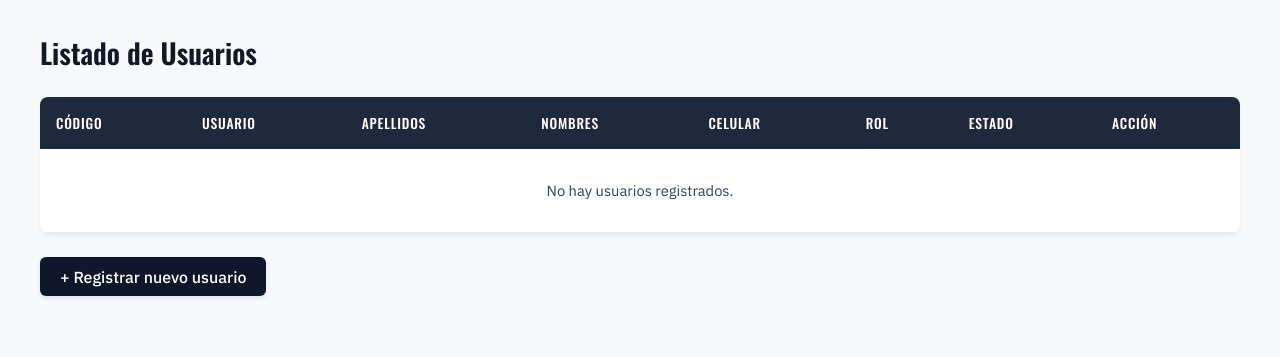
Repository: Santiago1748/ProyectoTallerAutos
Page: http://localhost/TallerMecanico/listUsuarios.jsp
An editor plug-in stored every save of this project. The page is shown before and after a run of saves, followed by the edit.
The browser window is 1280 px wide. The pictures show the whole page.
The page is served by Tomcat 9. The template is opened directly, without the code that normally fills it, so the values that code supplies are empty.

Above is the page before, as saved 2026-08-04 23:27:10.

After the next 2 saves:
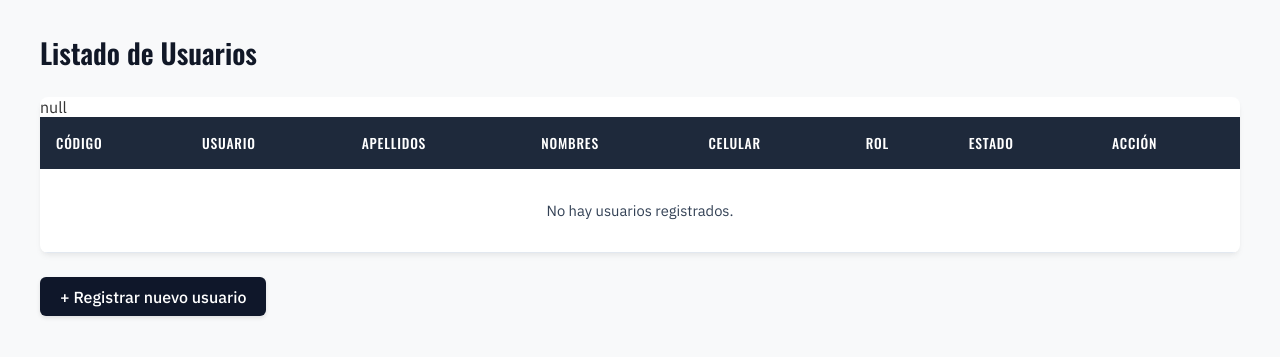
The 2 saves are shown as one change because 1 did not build or start.
The last was saved 6 min 53 s later.
--- a/tallerdeAutos - copia/TallerMecanico/src/main/webapp/listUsuarios.jsp
+++ b/tallerdeAutos - copia/TallerMecanico/src/main/webapp/listUsuarios.jsp
@@ -38,6 +38,8 @@
             <tbody>
                 <%
                     List<Usuario> listado = (List<Usuario>) request.getAttribute("listado");
+                	out.println(listado);
+
                     if(listado != null && !listado.isEmpty()){
                         for(Usuario u : listado){
                 %>
